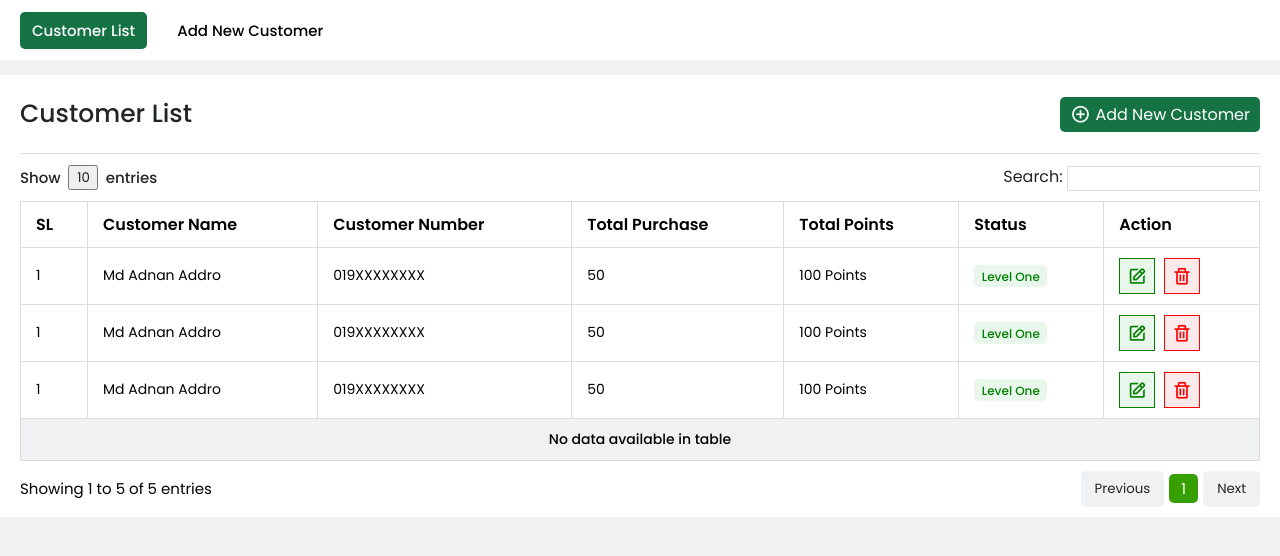
Repository: codebyaddro/customer-page
Page: customer.html
An editor plug-in stored every save of this project. The page is shown before and after a run of saves, followed by the edit.
The browser window is 1280 px wide. The pictures show the whole page.

Above is the page before, as saved 2025-02-20 14:43:04.

### customer.html
<!DOCTYPE html>
<html lang="en">
<head>
    <meta charset="UTF-8">
    <meta name="viewport" content="width=device-width, initial-scale=1.0">
    <!-- CSS -->
    <link rel="stylesheet" href="css/customer.css">
    <!-- Icons -->
    <link href='https://unpkg.com/boxicons@2.1.4/css/boxicons.min.css' rel='stylesheet'>
    <title>Customer - Page</title>
</head>
<body style="background-color: var(--gray-white);">
    <div class="cba-customer-container">
        <div class="cba-cusc-top-menus">
            <ul>
                <li><a href="/index.html" class="cba-cusc-active-menu">Customer List</a></li>
                <li><a href="/inner-pages/html/anc.html" class="cba-cusc-light-up">Add New Customer</a></li>
            </ul>
        </div>
        <div class="cba-cusc-list-container">
            <div class="cba-cusc-heading-add-new-btn">
                <div class="cba-cusc-heading">
                    <h2>Customer List</h2>
                </div>
                <div class="cba-cusc-add-new-btn">
                    <i class='cba-cusc-add-icon bx bx-plus-circle'></i>
                    <a href="/inner-pages/html/anc.html">Add New Customer</a>
                </div>
            </div>
            <div class="cba-cusc-list-short-dpdwn-search-box">
                <div class="cba-cusc-list-short-dpdwn">
                    <h3>Show</h3>
                    <select name="10" id="">
                        <option value="">10</option>
                        <option value="">20</option>
                        <option value="">30</option>
                        <option value="">All</option>
                    </select>
                    <h3>entries</h3>
                </div>
                <div class="cba-cusc-search-box">
                    <legend>Search: <input type="text"></legend>
                </div>
            </div>
            <div class="cba-cusc-table-list">
                <table>
                    <thead>
                        <tr>
                            <th title="SL">SL</th>
                            <th title="Code">Customer Name</th>
                            <th title="Category Name">Customer Number</th>
                            <th title="Status">Total Purchase</th>
                            <th title="Status">Total Points</th>
                            <th title="Status">Status</th>
                            <th title="Action">Action</th>
                        </tr>
                    </thead>
                    <tbody>
                        <tr>
                            <td>1</td>
                            <td>Md Adnan Addro</td>
                            <td>019XXXXXXXX</td>
                            <td>50</td>
                            <td><span>100</span> Points</td>
                            <td><span class="cba-cusc-ls1">Level One</span></td>
                            <td>
                                <a title="Edit" href="#"><i class='cba-cusc-edit-icon bx bx-edit'></i></a>
                                <a title="Delete" href="#"><i class='cba-cusc-delete-icon bx bx-trash'></i></a>
                            </td>
                        </tr>
                        <tr>
                            <td>1</td>
                            <td>Md Adnan Addro</td>
                            <td>019XXXXXXXX</td>
                            <td>50</td>
                            <td><span>100</span> Points</td>
                            <td><span class="cba-cusc-ls1">Level One</span></td>
                            <td>
                                <a title="Edit" href="#"><i class='cba-cusc-edit-icon bx bx-edit'></i></a>
                                <a title="Delete" href="#"><i class='cba-cusc-delete-icon bx bx-trash'></i></a>
                            </td>
                        </tr>
                        <tr>
                            <td>1</td>
                            <td>Md Adnan Addro</td>
                            <td>019XXXXXXXX</td>
                            <td>50</td>
                            <td><span>100</span> Points</td>
                            <td><span class="cba-cusc-ls1">Level One</span></td>
                            <td>
                                <a title="Edit" href="#"><i class='cba-cusc-edit-icon bx bx-edit'></i></a>
                                <a title="Delete" href="#"><i class='cba-cusc-delete-icon bx bx-trash'></i></a>
                            </td>
                        </tr>
                        <tr class="cba-cusc-no-data-available">
                            <th colspan="7">No data available in table</th>
                        </tr>
                    </tbody>
                </table>
            </div>
            <div class="cba-cusc-entries-details-list-page-btn">
                <div class="cba-cusc-entries-details">
                    Showing <span>1</span> to <span>5</span> of <span>5</span> entries
                </div>
                <div class="cba-cusc-list-page-btn">
                    <button>Previous</button>
                    <h4><span>1</span></h4>
                    <button>Next</button>
                </div>
            </div>
        </div>
    </div>
</body>
</html>

### css/customer.css
/* -- fonts -- */
@import url('https://fonts.googleapis.com/css2?family=Poppins:ital,wght@0,100;0,200;0,300;0,400;0,500;0,600;0,700;0,800;0,900;1,100;1,200;1,300;1,400;1,500;1,600;1,700;1,800;1,900&family=Raleway:ital,wght@0,100..900;1,100..900&family=Roboto:ital,wght@0,100;0,300;0,400;0,500;0,700;0,900;1,100;1,300;1,400;1,500;1,700;1,900&family=VT323&display=swap');

/* -- root -- */

:root {
    --gray-white: #F0F1F2; /* For body*/
    --white: #FFFFFF;
    --black: #000000;
    --gray-black: #DDDDDD;
    --lt-black: #212523;
    --lt-black-op: #21252350;
    --main-green: #157343;
    --main-lt: #37A000;
    --lt-orange: #FD7E14;
    --green: #008000;
    --lt-green: #e9f6ec;
    --red: #FF0000;
    --lt-red: #fbeaec;
    --blue: #0000FF;
    --lt-blue: #e6e6ff;
}

/* --universal style -- */

* {
    margin: 0;
    padding: 0;
    box-sizing: border-box;
    font-family: "Poppins", serif;
}

/* -- website app text selection cursor style */

::selection {
    color: var(--white);
    background-color: var(--main-lt);
}

/* -- customer container style -- */

.cba-customer-container {
    width: 100%;
    /* margin-top: 25px; */
}

/* -- top menus style--  */

.cba-cusc-top-menus {
    background-color: var(--white);
    display: flex;
    justify-content: left;
    align-items: center;
    height: 60px;
    padding: 10px 40px;
    margin-bottom: 15px;
}

.cba-cusc-top-menus ul {
    list-style-type: none;
    display: flex;
    gap: 30px;
    margin-left: -20px;
}

.cba-cusc-top-menus ul li a {
    text-decoration: none;
    color: var(--black);
    font-size: 15px;
    font-weight: 500;
}

/* -- active menu style -- */

.cba-cusc-active-menu {
    color: var(--white)!important;
    background-color: var(--main-green);
    padding: 8px 12px;
    border-radius: 5px;
}

/* -- menu hover style -- */

.cba-cusc-light-up:hover {
    color: var(--lt-orange);
}

/* -- list container style -- */

.cba-cusc-list-container {
    background-color: var(--white);
    padding: 0px 20px;
}

/* -- heading-add-new-btn style -- */

.cba-cusc-heading-add-new-btn {
    display: flex;
    justify-content: space-between;
    align-items: center;
    border-bottom: 1px solid var(--gray-black);
    padding: 20px 0px;
}

.cba-cusc-heading h2 {
    color: var(--lt-black);
    font-size: 25px;
    font-weight: 500;
}

/* -- add-new-btn style -- */

.cba-cusc-add-new-btn {
    display: flex;
    gap: 5px;
    justify-content: baseline;
    align-items: center;
}

.cba-cusc-add-new-btn {
    background-color: var(--main-green);
    padding: 5px 10px;
    border-radius: 5px;
}

.cba-cusc-add-new-btn a {
    color: var(--white);
    text-decoration: none;
}

.cba-cusc-add-icon {
    color: var(--white);
    font-size: 20px;
}

/* -- list-short-dpdwn-search-box style -- */

.cba-cusc-list-short-dpdwn-search-box {
    display: flex;
    justify-content: space-between;
    align-items: center;
    padding: 10px 0px;
}

/* -- list-short-dpdwn style -- */

.cba-cusc-list-short-dpdwn {
    display: flex;
    gap: 7.5px;
    align-items: center;
}

.cba-cusc-list-short-dpdwn h3 {
    color: var(--lt-black);
    font-size: 15px;
    font-weight: 500;
}

.cba-cusc-list-short-dpdwn select {
    color: var(--lt-black);
    appearance: none;
    height: 25px;
    width: 30px;
    padding-left: 8px;
    outline: none;
    border-radius: 2.5px;
}

/* -- search-box style -- */

.cba-cusc-search-box {
    display: flex;
    align-items: center;
}

.cba-cusc-search-box legend {
    color: var(--lt-black);
}

.cba-cusc-search-box input {
    outline: none;
    height: 25px;
    width: 193px;
    border: 1px solid var(--gray-black);
}

/* -- table-list style --*/

table {
    border-collapse: collapse;
    width: 100%;
}

@media (max-width: 768px) {
    table {
        width: 100%;
        padding: 0rem;
        display: block;
        overflow-x: scroll;
        overflow-y: hidden;
        scrollbar-width: thin;
        scrollbar-color: var(--black);
    }
}

/* -- thead style -- */

thead {
    cursor: pointer;
}

th, td {
    border: 1px solid var(--gray-black);
    padding: 10px 15px;
}

thead tr th {
    font-size: 1rem;
    font-weight: 600;
    text-align: left;
}

tbody tr td {
    font-size: 0.875rem;
}

tbody tr:hover {
    background-color: var(--gray-white);
}

/* -- tbody style -- */

/* status style */

.cba-cusc-ls1 {
    color: var(--green);
    background-color: var(--lt-green);
    font-size: 12px;
    font-weight: 500;
    padding: 2.5px 7.5px;
    border-radius: 5px;
}

.cba-cusc-inactive {
    color: var(--red);
    background-color: var(--lt-red);
    font-size: 12px;
    font-weight: 500;
    padding: 2.5px 7.5px;
    border-radius: 5px;
}

/* -- action style -- */

.cba-cusc-edit-icon {
    color: var(--green);
    background-color: var(--lt-green);
    padding: 7px 7px;
    margin-right: 2.5px;
    border: 1px solid var(--green);
    font-size: 20px;
}

.cba-cusc-edit-icon:hover {
    background-color: var(--lt-black-op);
}

.cba-cusc-delete-icon {
    color: var(--red);
    background-color: var(--lt-red);
    padding: 7px 7px;
    margin-left: 2.5px;
    border: 1px solid var(--red);
    font-size: 20px;
}

.cba-cusc-delete-icon:hover {
    background-color: var(--lt-black-op);
}

/* -- no data style */

.cba-cusc-no-data-available th {
    font-size: 14px;
    font-weight:500;
    color: var(--black);
    background-color: var(--gray-white);
}

/* -- entries-details-list-page-btn style -- */

.cba-cusc-entries-details-list-page-btn {
    display: flex;
    justify-content: space-between;
    align-items: center;
    padding: 10px 0px;
}

.cba-cusc-entries-details {
    color: var(--black);
    font-size: 15px;
}

.cba-cusc-list-page-btn {
    display: flex;
    gap: 5px;
    align-items: center;
}

.cba-cusc-list-page-btn button {
    color: var(--lt-black);
    background-color: var(--gray-white);
    padding: 8px 14px;
    border: none;
    border-radius: 5px;
    cursor: pointer;
}

.cba-cusc-list-page-btn > h4 {
    color: var(--white);
    background-color: var(--main-lt);
    font-size: 15px;
    font-weight: 400;
    padding: 3px 12px;
    border-radius: 5px;
}

After the next 2 saves:
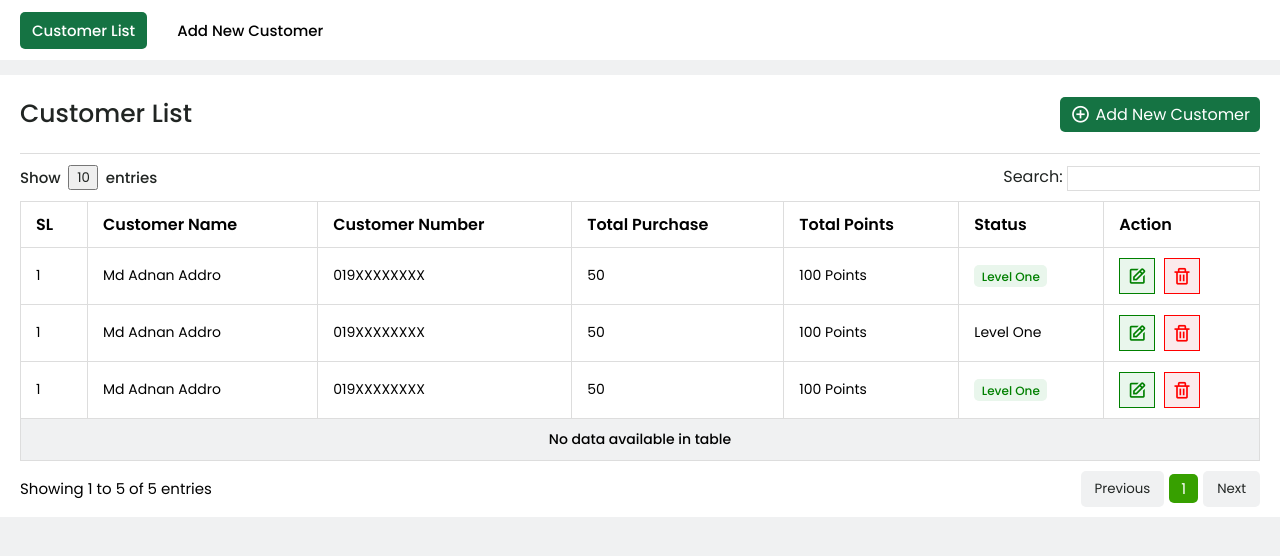
The 2 saves are shown as one change because they came seconds apart.
The last was saved 21 s later.
--- a/customer.html
+++ b/customer.html
@@ -74,7 +74,7 @@
                             <td>019XXXXXXXX</td>
                             <td>50</td>
                             <td><span>100</span> Points</td>
-                            <td><span class="cba-cusc-ls1">Level One</span></td>
+                            <td><span class="cba-cusc-ls2">Level One</span></td>
                             <td>
                                 <a title="Edit" href="#"><i class='cba-cusc-edit-icon bx bx-edit'></i></a>
                                 <a title="Delete" href="#"><i class='cba-cusc-delete-icon bx bx-trash'></i></a>
